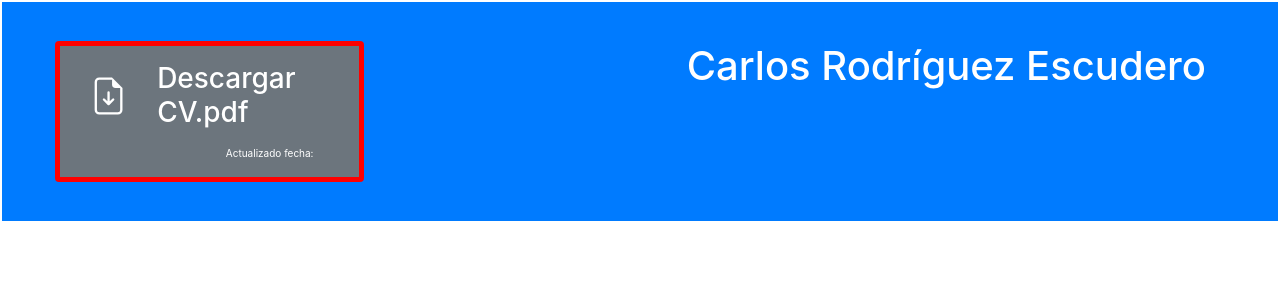
Repository: CarlosRoEs/CarlosWebCV
Page: index.html
These files come from the project's save history. The page is drawn as it stood at one moment and after the next save; the edit follows.
The browser window is 1280 px wide. The pictures show the whole page.
The style sheet was rebuilt from its Sass, Less or Tailwind sources for each picture, by a compiler version that may differ from the author's.

Above is the page before, as saved 2020-09-15 13:29:50.

After the next save:
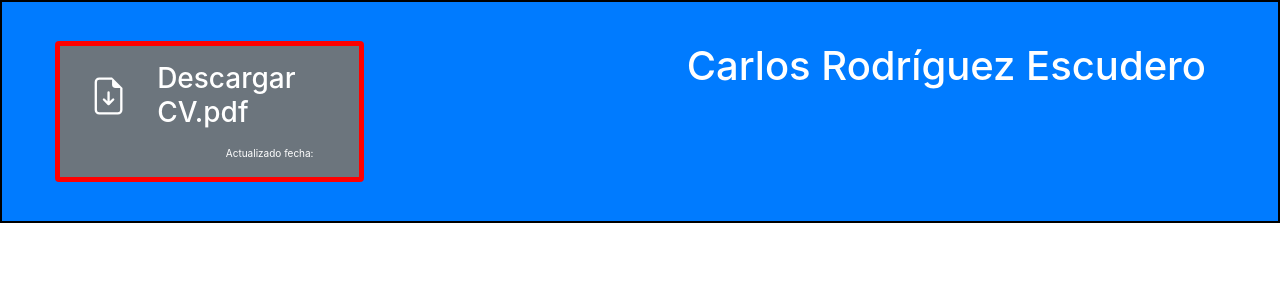
Saved 4 s later.
--- a/Sass/header.scss
+++ b/Sass/header.scss
@@ -4,7 +4,7 @@
 }
 
 #header {
-border: 2px solid ;
+border: 2px solid black;
     #a-header {
         margin-top: 15px;
         margin-bottom: 15px;
